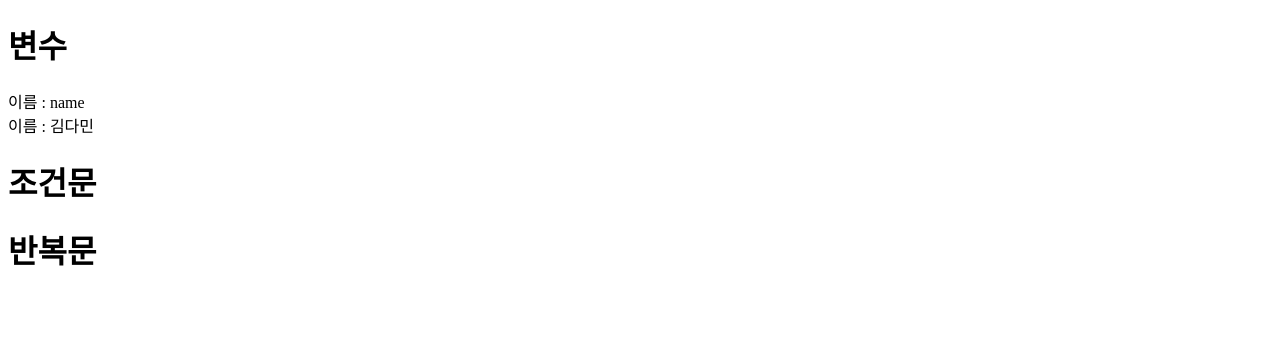
Repository: dadomin/2020JAVA
Page: http://localhost/20201damin/01_BasicJSP/ex03.jsp
These files come from the project's save history. The page is drawn as it stood at one moment and after the next save; the edit follows.
The browser window is 1280 px wide. The pictures show the whole page.
The page is served by Tomcat 9.

Above is the page before, as saved 2020-06-03 12:22:38.

### first semester/20201damin/WebContent/01_BasicJSP/ex03.jsp
<%@ page contentType="text/html; charset=UTF-8"%>
<!DOCTYPE html>
	<html>
	<head>
		<meta charset="UTF-8">
		<title>스크립트릿 사용하기</title>
	</head>
	<body>
		<h1>변수</h1>
		<%
			String name = "김다민";
		%>

		이름 : name		<br />
		이름 : <%= name %>

		<h1>조건문</h1>
		<%
			if(name == "홍길동"){
				name = "틀리다.";
			}else {
				name = "맞다";
			}

                          %>

		<h1>반복문</h1>
		<%

		%>
	</body>
</html>

After the next save:
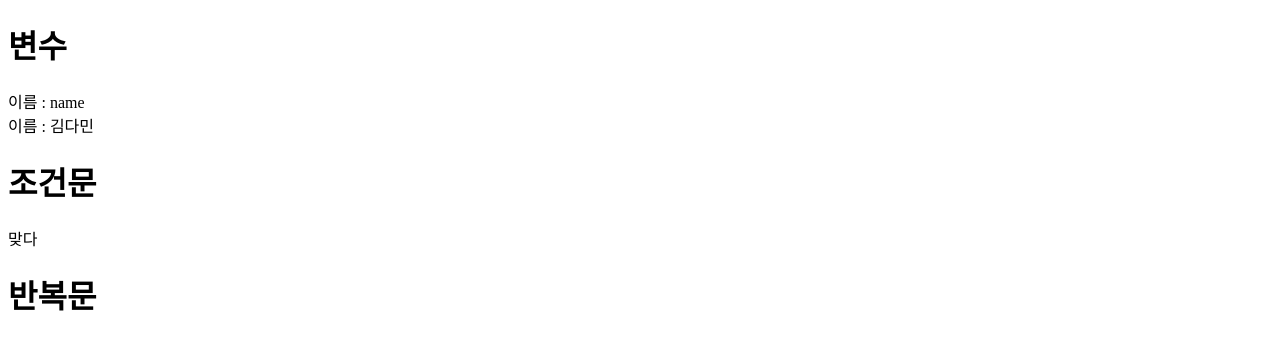
Saved 14 s later.
--- a/first semester/20201damin/WebContent/01_BasicJSP/ex03.jsp
+++ b/first semester/20201damin/WebContent/01_BasicJSP/ex03.jsp
@@ -23,6 +23,7 @@
 			}
 
                           %>
+        <%= name %>
 
 		<h1>반복문</h1>
 		<%
